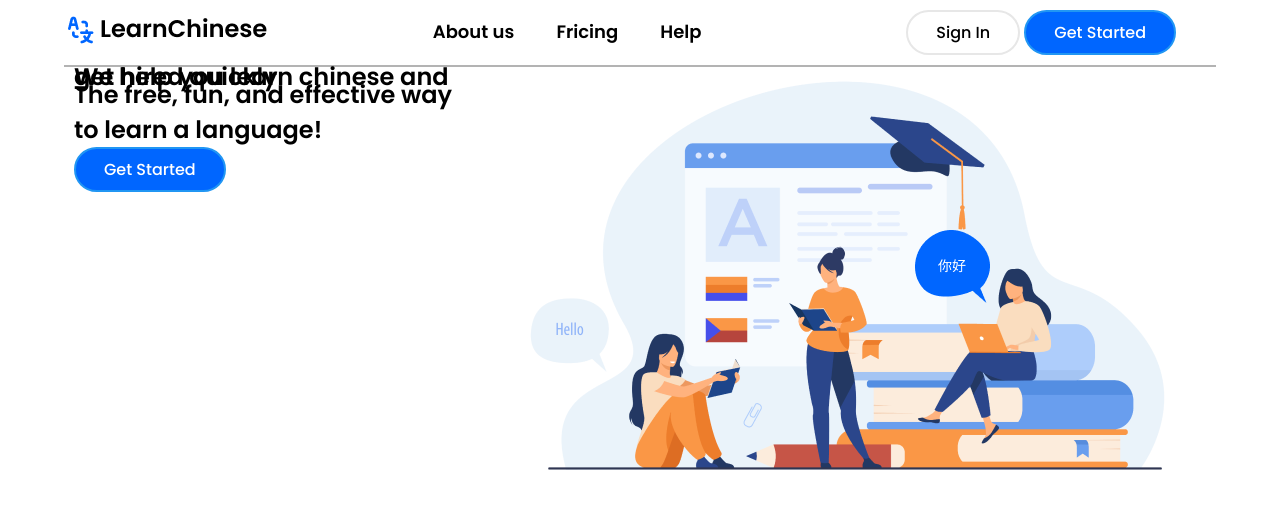
Repository: BinhIT/ChineseLearn
Page: index.html
These files come from the project's save history. The page is drawn as it stood at one moment and after the next save; the edit follows.
The browser window is 1280 px wide. The pictures show the whole page.

Above is the page before, as saved 2023-03-01 10:09:33.

### index.html
<!DOCTYPE html>
<html lang="en">

<head>
    <meta charset="UTF-8">
    <meta http-equiv="X-UA-Compatible" content="IE=edge">
    <meta name="viewport" content="width=device-width, initial-scale=1.0">
    <link rel="icon" type="image/x-icon" href="./image/uil_english-to-chinese.svg">
    <meta name="viewport" content="width=device-width, initial-scale=1">
    <link rel="stylesheet" href="https://cdnjs.cloudflare.com/ajax/libs/font-awesome/4.7.0/css/font-awesome.min.css">
    <meta name="viewport" content="width=device-width, initial-scale=1">
    <link rel="stylesheet" href="https://cdnjs.cloudflare.com/ajax/libs/font-awesome/4.7.0/css/font-awesome.min.css">
    <link rel="stylesheet" href="./css/header.css">
    <link rel="stylesheet" href="./css/section.css">
    <title>Learn Chinese </title>
</head>

<body>
    <nav id="menu_header">
        <a href="javascript:void(0);" class="icon_nav" onclick="myFunction()">
            <i class="fa fa-bars"></i>
        </a>
        <label class="logo_main"><img src="./image/logo.png" alt=""></label>
        <label class="logo_mobile"><img src="./image/logo_short.png" alt=""></label>
        <ul id="menu_link">
            <li><a href="#">About us</a></li>
            <li><a href="#">Fricing</a></li>
            <li><a href="#">Help</a></li>
        </ul>
        <ul id="menu_btn">
            <button class="btn_header default">Sign In</button>
            <button class="btn_header info">Get Started</button>
        </ul>

    </nav>
    <section class="hero-section">
        <div class="row">
            <div class="column hero-col1">
                <h1>We help you learn chinese and get hired quickly</h1>
                <h2>The free, fun, and effective way to learn a language!</h2>
                <button class="btn_header info">Get Started</button>
            </div>
            <div class="column">
                <img src="./image/img-hero.png" alt="">
            </div>
        </div>

    </section>
</body>
<script src="./js/header.js"></script>

</html>

### css/header.css
@import url('https://fonts.googleapis.com/css2?family=Poppins:wght@500;600&display=swap');



* {
    padding: 0;
    margin: 0;
    text-decoration: none;
    list-style: none;
    font-family: 'Poppins', sans-serif;

}

#menu_header {
    display: flex;
    flex-wrap: nowrap;
    justify-content: space-between;
    align-items: center;
}

nav {
    height: 65px;
    width: 90%;
    margin: 0 auto;
    background: #ffffff;
    border-bottom: 2px solid #B3B3B3;
}

label.logo {
    font-size: 35px;
    font-weight: bold;
    color: #fff;
    padding: 0 100px;
    line-height: 80px;
}

nav ul {
    float: right;
    margin-right: 40px;
}

nav li {
    display: inline-block;
    margin: 0 8px;
    line-height: 80px;
}

nav a {
    color: #000000;
    font-size: 18px;
    font-weight: 700;
    border: 1px solid transparent;
    padding: 7px 10px;
    border-radius: 3px;
}

a.active,
a:hover {
    border: 1px solid #000000;
    transition: .5s;
}



.btn_header {
    border: 2px solid black;
    border-radius: 25px;
    background-color: white;
    color: black;
    padding: 8px 28px;
    font-size: 16px;
    cursor: pointer;

}

/* Blue */
.info {
    background-color: #0066FF;
    border-color: #2196F3;
    color: rgb(255, 255, 255);
}

.info:hover {
    background: #0066FF;
    color: white;
}

/* Gray */
.default {
    border-color: #e7e7e7;
    color: black;
}

.default:hover {
    background: #e7e7e7;
}

/* logo */
.logo_mobile {
    display: none;
}

#menu_header .icon_nav {
    display: none;

}



@media only screen and (max-width:765px) {
    .logo_mobile {
        display: block;
    }

    .logo_main {
        display: none;
    }

    nav {
        width: 95%;
    }

    #menu_header .icon_nav {
        display: block;
        width: 30%;
    }

    #menu_btn {
        display: contents;
        float: right;
    }

    #menu_btn .default {
        display: none;
    }

    #menu_header #menu_link {
        display: none;
    }

    .btn_header {
        font-size: 5px;
        padding: 8px 25px;
    }


}

@media screen and (max-width: 1024px) {
    nav #icon {
        display: block;
    }

    .logo_mobile {
        display: block;
        width: 15%;
    }

    .logo_main {
        display: none;
    }

    nav a {
        font-size: 18px;
    }

    a.active,
    a:hover {
        border: none;
        color: #3498db;
    }

    nav ul.show {
        left: 0;
    }

    .btn_header {

        font-size: 8px;
    }
}

### css/section.css
/* section hero */
.row {
    display: flex;
    width: 90%;
    margin: auto;
    padding: auto;
}

.column {
    flex: 50%;
    padding: 10px;
    height: 300px;
}

.hero-col1 h1 {
    line-height: 0rem;
}

Loaded but not shown: js/header.js (common file)

After the next save:
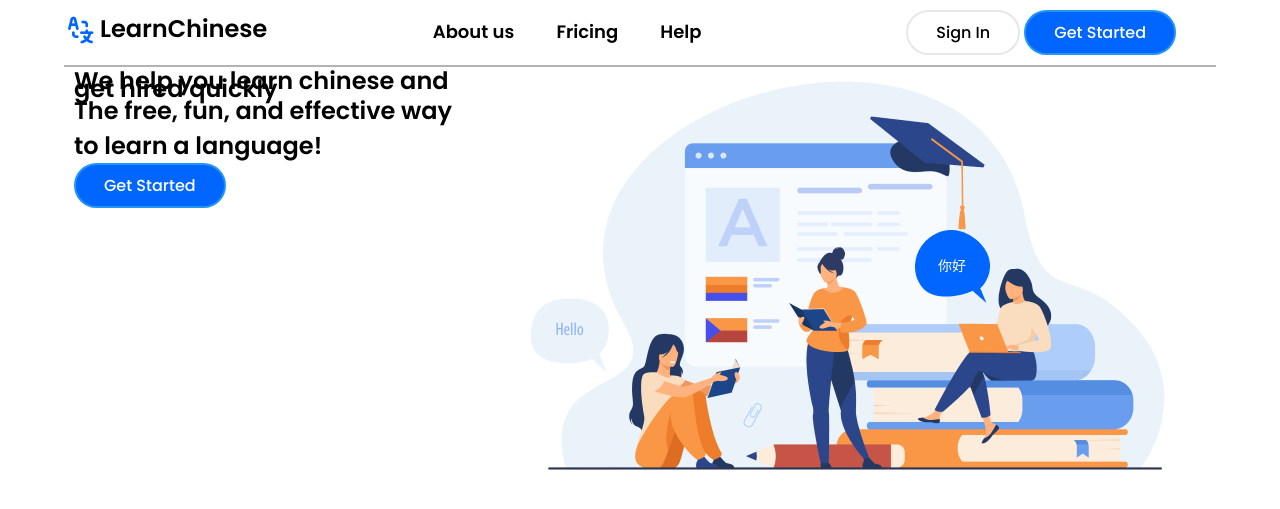
Saved 7 s later.
--- a/css/section.css
+++ b/css/section.css
@@ -13,5 +13,5 @@
 }
 
 .hero-col1 h1 {
-    line-height: 0rem;
+    line-height: 0.5rem;
 }
